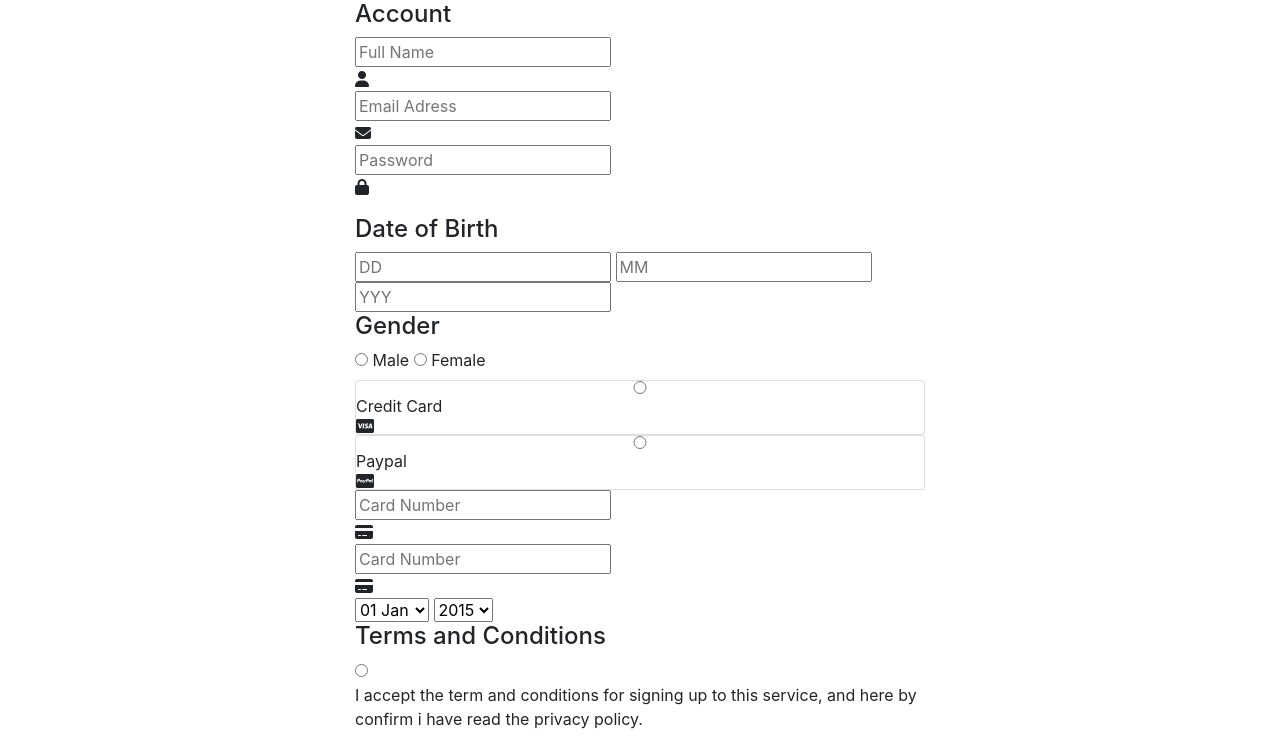
Repository: letrongtinh27/LapTrinhWeb
Page: Payment/index.html
An editor plug-in stored every save of this project. The page is shown before and after the next save, followed by the edit.
The browser window is 1280 px wide. The pictures show the whole page.

Above is the page before, as saved 2022-10-11 20:18:08.

After the next save:
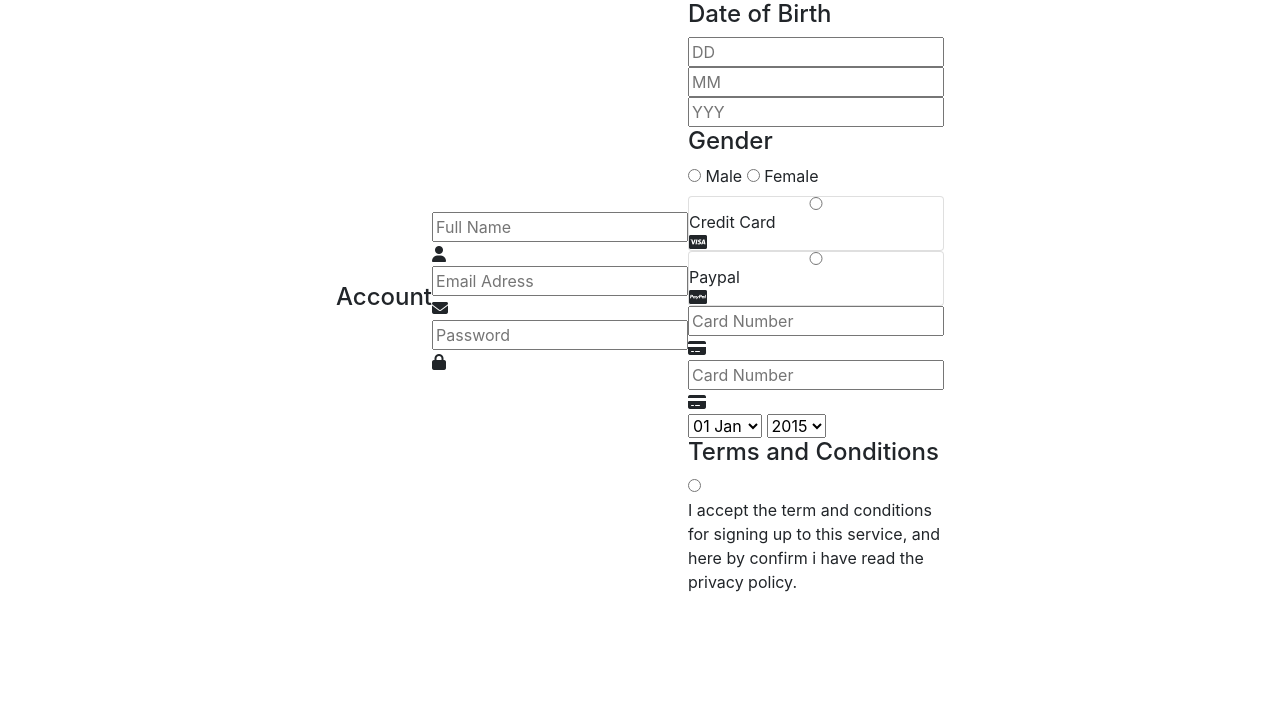
Saved 18 s later.
--- a/Payment/style.css
+++ b/Payment/style.css
@@ -3,15 +3,15 @@ body {
     font-family: 'Open Sans',sans-serif;
 }
 .payment{
-    display: flex;
     width: 100%;
     max-width: 570px;
-    justify-content: center;
-    align-items: center;
     margin: 0 auto;
 }
 .form-payment{
 
+    justify-content: center;
+    align-items: center;
+    display: flex;
 }
 .title{
 

After the 2 saves that followed:
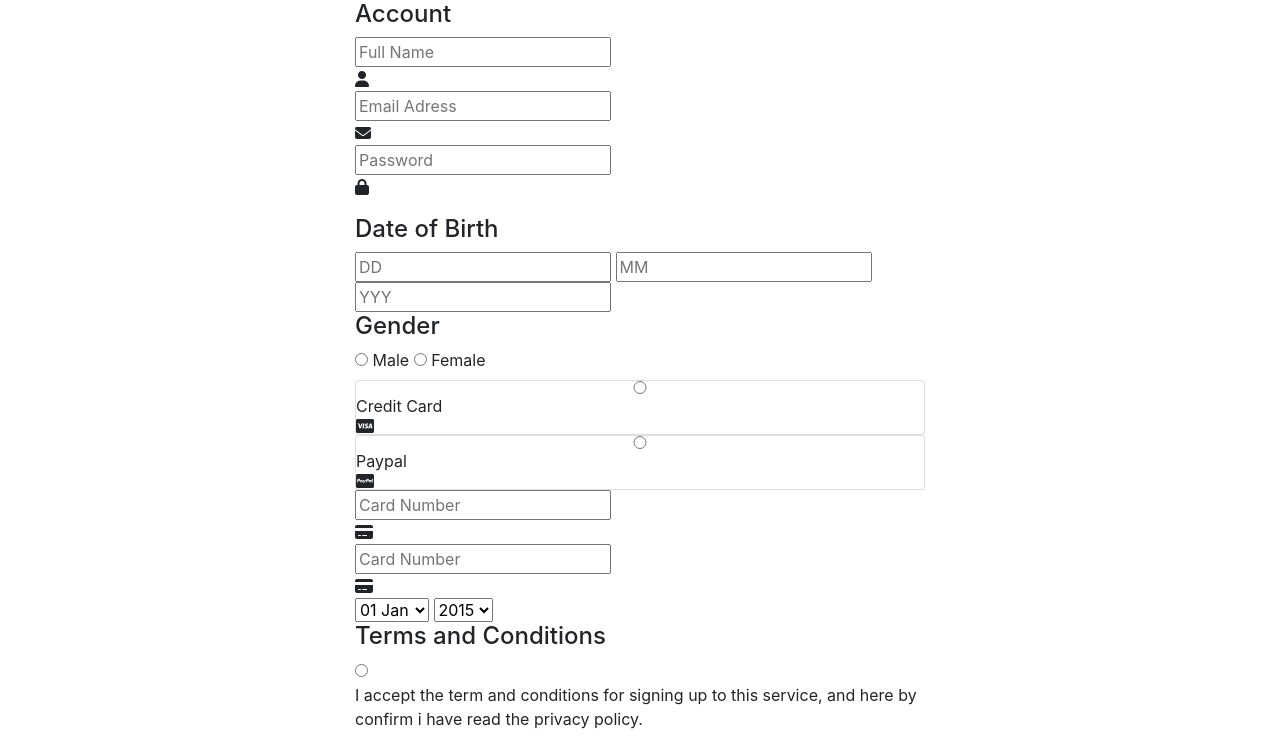
The 2 saves are shown as one change because they came seconds apart.
The last was saved 10 s later.
--- a/Payment/style.css
+++ b/Payment/style.css
@@ -6,12 +6,12 @@ body {
     width: 100%;
     max-width: 570px;
     margin: 0 auto;
+    justify-content: center;
+    align-items: center;
+    display: flex;
 }
 .form-payment{
 
-    justify-content: center;
-    align-items: center;
-    display: flex;
 }
 .title{
 
